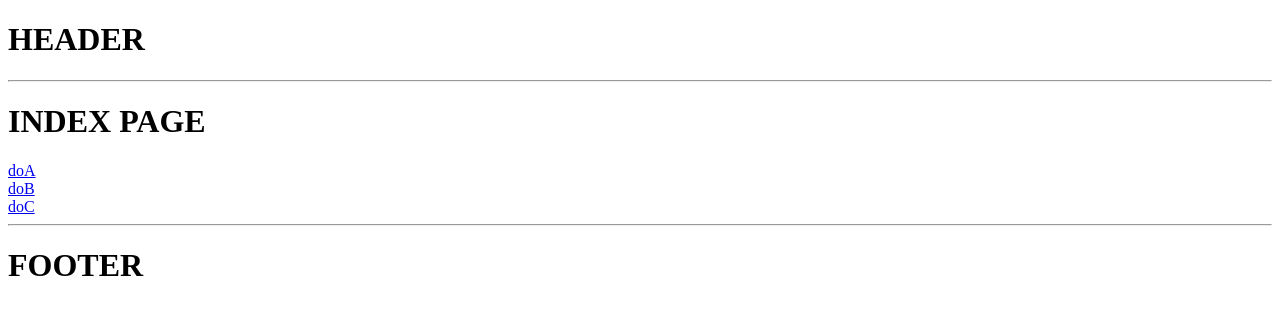
Repository: gitgw016/spring
Page: http://localhost/mvc_part02_controller/
These files come from the project's save history. The page is drawn as it stood at one moment and after the next save; the edit follows.
The browser window is 1280 px wide. The pictures show the whole page.
The page is served by Tomcat 9. Other server files are loaded and not shown.

Above is the page before, as saved 2022-01-11 05:48:47.

### mvc_part02_controller/src/main/webapp/index.jsp
<%@ page language="java" contentType="text/html; charset=UTF-8"
    pageEncoding="UTF-8"%>
<jsp:include page="WEB-INF/views/common/header.jsp"/>
	<h1>INDEX PAGE</h1>
	<a href="doA">doA</a> <br/>
	<a href="doB">doB</a> <br/>
	<a href="doC">doC</a> <br/>
<jsp:include page="WEB-INF/views/common/footer.jsp"/>
</body>
</html>

### mvc_part02_controller/src/main/webapp/WEB-INF/views/common/header.jsp
<%@ page language="java" contentType="text/html; charset=UTF-8"
    pageEncoding="UTF-8"%>
<!DOCTYPE html>
<html>
<head>
<meta charset="UTF-8">
<title>Insert title here</title>
</head>
<body>
<!-- header.jsp -->
<h1>HEADER</h1>
<hr/>

### mvc_part02_controller/src/main/webapp/WEB-INF/views/common/footer.jsp
<%@ page language="java" contentType="text/html; charset=UTF-8"
    pageEncoding="UTF-8"%>
<!-- footer.jsp -->
<hr/>
<h1>FOOTER</h1>
</body>
</html>

After the next save:
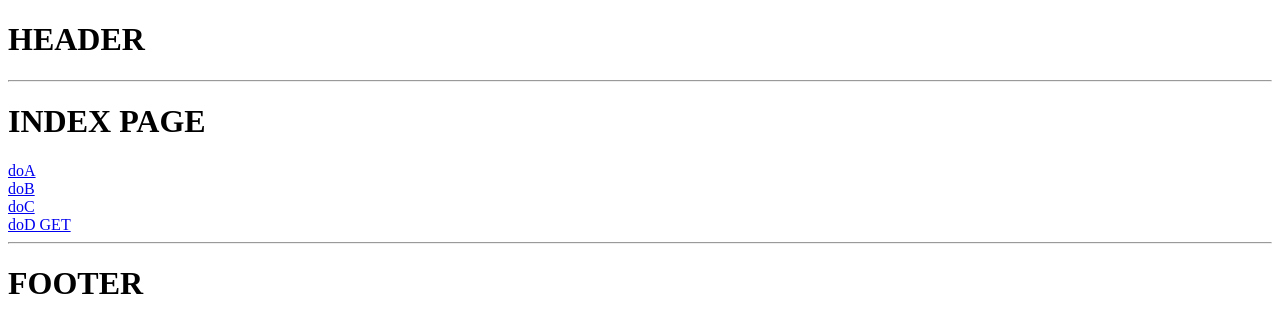
Saved 4 min 0 s later.
--- a/mvc_part02_controller/src/main/webapp/index.jsp
+++ b/mvc_part02_controller/src/main/webapp/index.jsp
@@ -5,6 +5,7 @@
 	<a href="doA">doA</a> <br/>
 	<a href="doB">doB</a> <br/>
 	<a href="doC">doC</a> <br/>
+	<a href="doD?msg=hi">doD GET</a>
 <jsp:include page="WEB-INF/views/common/footer.jsp"/>
 </body>
 </html>
